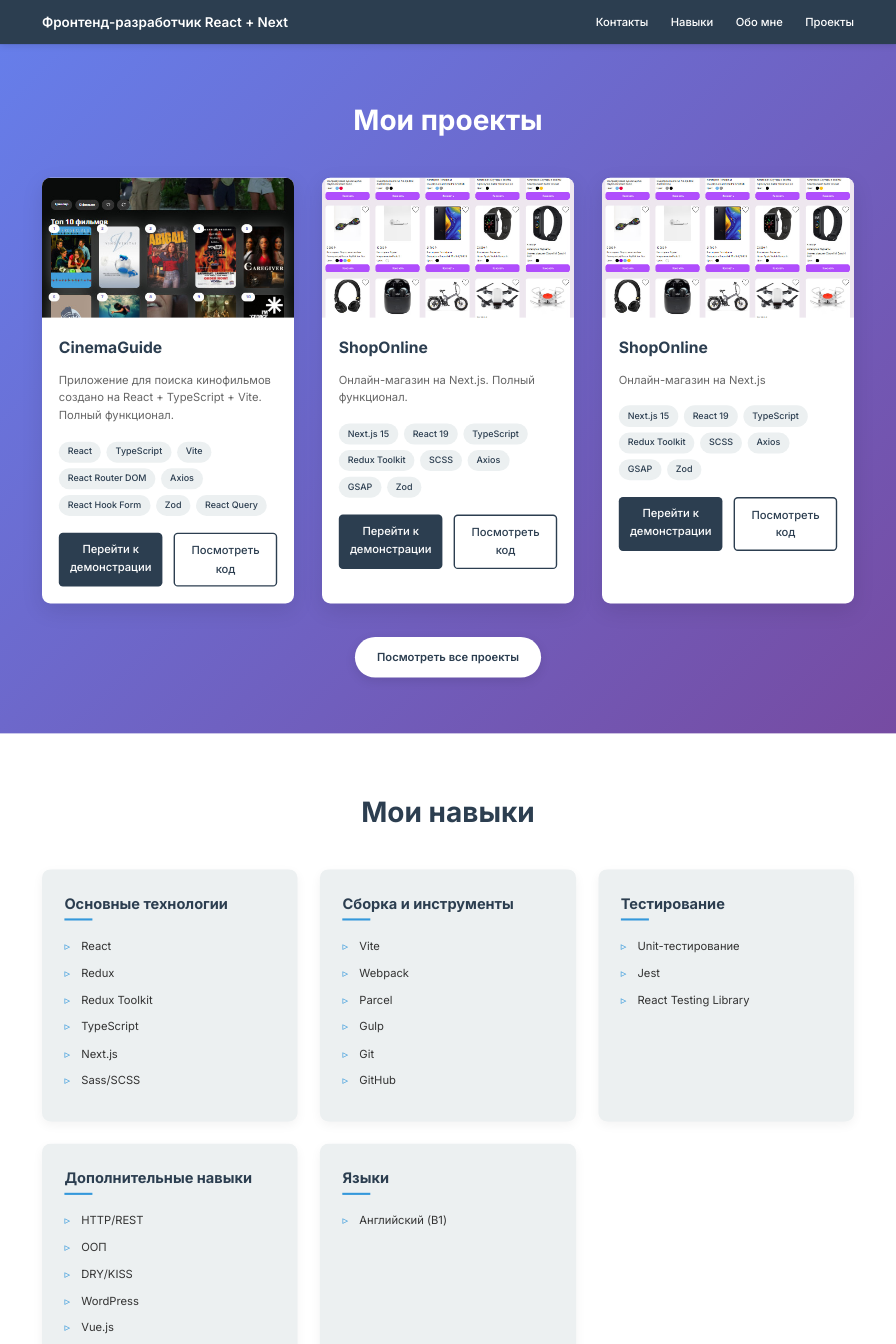
Repository: RostislavZeberg/resume-app
Page: /
The author's editor kept a copy of each file at every save. The page is drawn from the files as they stood at one save, then again after the next save.
The browser window is 1280 px wide. The pictures show the part of the page from y = 0 to 1920 px (the page is 3604 px tall), at 70% of full size.
The project was rebuilt for these pictures with package versions that can differ from the ones it lists, and the page was loaded fresh each time. The framework's server and built-in components were replaced by stand-ins that run in the browser. Also part of the build but not shown: next.config.ts.

Above is the page before, as saved 2025-09-18 13:47:40.

### pages/_app.tsx
import type { AppProps } from 'next/app';
import '../styles/globals.scss';
import Head from 'next/head';

function MyApp({ Component, pageProps }: AppProps) {
  return (
    <>
      <Head>
        <meta name="viewport" content="width=device-width, initial-scale=1" />
        <meta name="theme-color" content="#2c3e50" />
        <meta name="description" content="Резюме фронтенд-разработчика React с 5+ годами опыта. Специализация: React, TypeScript, Next.js, Redux Toolkit." />
        <meta name="keywords" content="React, TypeScript, Next.js, фронтенд-разработчик, резюме" />
        <meta property="og:title" content="Фронтенд-разработчик React" />
        <meta property="og:description" content="Резюме фронтенд-разработчика React с 5+ годами опыта" />
        <meta property="og:type" content="website" />
        <link rel="icon" href="/favicon.ico" />
      </Head>
      <Component {...pageProps} />
    </>
  );
}

export default MyApp;

### pages/_document.tsx
import { Html, Head, Main, NextScript } from 'next/document';

export default function Document() {
  return (
    <Html lang="ru">
      <Head>
        <link rel="preconnect" href="https://fonts.googleapis.com" />
        <link rel="preconnect" href="https://fonts.gstatic.com" crossOrigin="anonymous" />
        <link href="https://fonts.googleapis.com/css2?family=Inter:wght@300;400;500;600;700&display=swap" rel="stylesheet" />

        {/* Фавикон */}
        <link rel="icon" href="/favicon.ico" sizes="any" />
        <link rel="icon" href="/favicon.svg" type="image/svg+xml" />
        <link rel="apple-touch-icon" href="/apple-touch-icon.png" />
        <link rel="manifest" href="/manifest.webmanifest" />

        {/* Мета-теги */}
        <meta name="theme-color" content="#2c3e50" />
        <meta name="description" content="Резюме фронтенд-разработчика React с 5+ годами опыта. Специализация: React, TypeScript, Next.js, Redux Toolkit." />
        <meta name="keywords" content="React, TypeScript, Next.js, фронтенд-разработчик, резюме" />
      </Head>
      <body>
        <Main />
        <NextScript />
      </body>
    </Html>
  );
}

### pages/index.tsx
import Head from 'next/head';
import { NextPage } from 'next';
import Contacts from '../components/Sections/Contacts';
import Skills from '../components/Sections/Skills';
import About from '../components/Sections/About';
import Projects from '../components/Sections/Projects';
import Header from '../components/Layout/Header';

const Home: NextPage = () => {
  return (
    <>
      <Head>
        <title>Фронтенд-разработчик React | Резюме</title>
        <meta name="description" content="Резюме фронтенд-разработчика React с 5+ годами опыта. Специализация: React, TypeScript, Next.js, Redux Toolkit." />
        <meta name="keywords" content="React, TypeScript, Next.js, фронтенд-разработчик, резюме" />
        <meta property="og:title" content="Фронтенд-разработчик React" />
        <meta property="og:description" content="Резюме фронтенд-разработчика React с 5+ годами опыта" />
        <meta property="og:type" content="website" />
        <link rel="icon" href="/favicon.ico" />
      </Head>

      <Header />
      <main>
        <Projects />
        <Skills />
        <About />
        <Contacts />
      </main>
    </>
  );
};

export default Home;

### styles/globals.scss
// Переменные и миксины
@import './variables.scss';
@import './mixins';

// Глобальные стили
* {
  box-sizing: border-box;
  margin: 0;
  padding: 0;
}

html {
  scroll-behavior: smooth;
  scroll-padding-top: 60px;
}

body {
  font-family: 'Inter', 'Arial', sans-serif;
  line-height: 1.6;
  color: $text-color;
  background-color: $background-color;
  padding-top: 60px;
}

.container {
  max-width: 1200px;
  margin: 0 auto;
  padding: 0 20px;
}

section {
  padding: 80px 0;

  h2 {
    text-align: center;
    margin-bottom: 50px;
    font-size: 2.5rem;
    color: $primary-color;
  }
}

// Анимации
@keyframes fadeIn {
  from {
    opacity: 0;
    transform: translateY(20px);
  }
  to {
    opacity: 1;
    transform: translateY(0);
  }
}

.fade-in {
  animation: fadeIn 0.6s ease forwards;
}

// Адаптивность
@include desktop {
  .container {
    max-width: 1200px;
  }
}

@include tablet {
  .container {
    max-width: 100%;
    padding: 0 15px;
  }

  section {
    padding: 60px 0;

    h2 {
      font-size: 2rem;
      margin-bottom: 40px;
    }
  }
}

@include mobile {
  .container {
    padding: 0 10px;
  }

  section {
    padding: 40px 0;

    h2 {
      font-size: 1.8rem;
      margin-bottom: 30px;
    }
  }
}

### components/Sections/Contacts.tsx
import React from 'react';
import Icon from '../UI/Icon';
import styles from '../../styles/sections/contacts.module.scss';
import { contacts } from '@/info/contacts';

const Contacts: React.FC = () => {

  return (
    <section id="contacts" className={styles.contacts}>
      <div className="container">
        <h2>Контакты</h2>
        <div className={styles.contactsGrid}>
          {contacts.map((contact, index) => (
            <a
              key={index}
              href={contact.href}
              className={styles.contactItem}
              target="_blank"
              rel="noopener noreferrer"
            >
              <Icon name={contact.icon} className={styles.contactIcon} />
              <span>{contact.text}</span>
            </a>
          ))}
        </div>
      </div>
    </section>
  );
};

export default Contacts;

### components/Sections/Skills.tsx
import React from 'react';
import styles from '../../styles/sections/skills.module.scss';

const Skills: React.FC = () => {
  const skillCategories = [
    {
      title: 'Основные технологии',
      skills: ['React', 'Redux', 'Redux Toolkit', 'TypeScript', 'Next.js', 'Sass/SCSS']
    },
    {
      title: 'Сборка и инструменты',
      skills: ['Vite', 'Webpack', 'Parcel', 'Gulp', 'Git', 'GitHub']
    },
    {
      title: 'Тестирование',
      skills: ['Unit-тестирование', 'Jest', 'React Testing Library']
    },
    {
      title: 'Дополнительные навыки',
      skills: ['HTTP/REST', 'ООП', 'DRY/KISS', 'WordPress', 'Vue.js', 'SQL', 'Python', 'Docker', 'Linux']
    },
    {
      title: 'Языки',
      skills: ['Английский (B1)']
    }
  ];

  return (
    <section id="skills" className={styles.skills}>
      <div className="container">
        <h2>Мои навыки</h2>
        <div className={styles.skillsGrid}>
          {skillCategories.map((category, index) => (
            <div key={index} className={styles.skillCategory}>
              <h3>{category.title}</h3>
              <ul>
                {category.skills.map((skill, i) => (
                  <li key={i}>{skill}</li>
                ))}
              </ul>
            </div>
          ))}
        </div>
      </div>
    </section>
  );
};

export default Skills;

### components/Sections/About.tsx
import React from 'react';
import styles from '../../styles/sections/about.module.scss';

const About: React.FC = () => {
  return (
    <section id="about" className={styles.about}>
      <div className="container">
        <h2>Обо мне</h2>
        <div className={styles.aboutContent}>
          <p>
            Усидчив и внимателен к деталям, сосредоточен на выполнении задач, не отвлекаясь на внешние раздражители.
            Мой скрупулезный подход к архитектуре кода, его чистоте и читабельности сводит к минимуму возникновение ошибок
            при дальнейшей эксплуатации проектов.
          </p>
          <p>
            Коммуникабелен и открыт для общения с коллегами, что позволяет эффективно обсуждать проекты и находить оптимальные решения.
            Дисциплинированность помогает мне выстраивать свою работу по четкому плану, всегда выполнять задачи качественно и в срок,
            а также быть требовательным к себе.
          </p>
          <p>
            Инициативность является важной частью моей работы: я не боюсь доводить до руководства свои идеи и предложения по решению проблем.
            Обучаем и стремлюсь к постоянному развитию, ведь IT-отрасль динамично меняется, и изучение новых направлений и тенденций
            в программировании – это важная часть моего профессионального роста.
          </p>
          <p>
            Есть желание работать и развиваться в сфере разработки приложений, которая является частью моего восприятия мира.
            Я наслаждаюсь процессом создания кода и когда вижу результаты своей деятельности.
          </p>
          <p>
            К своим сильным сторонам отношу навыки работы в команде, стремление находить максимально эффективные и эстетичные решения,
            а также способность самостоятельно искать ресурсы для решения проблем и повышения профессионального уровня.
          </p>
          <p>
            Рассматриваю проектную деятельность и удаленную работу.
          </p>
        </div>
      </div>
    </section>
  );
};

export default About;

### components/Sections/Projects.tsx
import React from 'react';
import ProjectCard from '../UI/ProjectCard';
import styles from '../../styles/sections/projects.module.scss';
import { projects } from '@/info/projects';

const Projects: React.FC = () => {
  return (
    <section id="projects" className={styles.projects}>
      <div className="container">
        <h2>Мои проекты</h2>
        <div className={styles.projectsGrid}>
          {projects.map((project, index) => (
            <ProjectCard key={index} project={project} />
          ))}
        </div>
        <div className={styles.viewAll}>
          <a
            href="https://github.com/RostislavZeberg?tab=repositories"
            className={styles.viewAllButton}
            target="_blank"
            rel="noopener noreferrer"
          >
            Посмотреть все проекты
          </a>
        </div>
      </div>
    </section>
  );
};

export default Projects;

### components/Layout/Header.tsx
import React, { useState } from 'react';
import Link from 'next/link';
import styles from '../../styles/layout/header.module.scss';

const Header: React.FC = () => {
  const [isMenuOpen, setIsMenuOpen] = useState(false);

  const toggleMenu = () => {
    setIsMenuOpen(!isMenuOpen);
  };

  return (
    <header className={styles.header}>
      <div className="container">
        <nav className={styles.nav}>
          <div className={styles.logo}>
            <Link href="/">Фронтенд-разработчик React + Next</Link>
          </div>

          <button
            className={`${styles.menuToggle} ${isMenuOpen ? styles.active : ''}`}
            onClick={toggleMenu}
            aria-label="Меню"
          >
            <span></span>
            <span></span>
            <span></span>
          </button>

          <ul className={`${styles.navList} ${isMenuOpen ? styles.active : ''}`}>
            <li><a href="#contacts" onClick={() => setIsMenuOpen(false)}>Контакты</a></li>
            <li><a href="#skills" onClick={() => setIsMenuOpen(false)}>Навыки</a></li>
            <li><a href="#about" onClick={() => setIsMenuOpen(false)}>Обо мне</a></li>
            <li><a href="#projects" onClick={() => setIsMenuOpen(false)}>Проекты</a></li>
          </ul>
        </nav>
      </div>
    </header>
  );
};

export default Header;

### styles/variables.scss
// Цвета
$primary-color: #2c3e50;
$secondary-color: #3498db;
$accent-color: #e74c3c;
$background-color: #f9f9f9;
$text-color: #333;
$light-gray: #ecf0f1;

// Breakpoints
$desktop: 1280px;
$tablet: 1024px;
$small-tablet: 768px;
$mobile: 320px;

### styles/mixins.scss
@mixin desktop {
  @media (min-width: #{$desktop}) {
    @content;
  }
}

@mixin tablet {
  @media (min-width: #{$small-tablet}) and (max-width: #{$tablet}) {
    @content;
  }
}

@mixin small-tablet {
  @media (min-width: #{$mobile}) and (max-width: #{$small-tablet - 1px}) {
    @content;
  }
}

@mixin mobile {
  @media (max-width: #{$mobile}) {
    @content;
  }
}

@mixin flex-center {
  display: flex;
  justify-content: center;
  align-items: center;
}

@mixin card-shadow {
  box-shadow: 0 4px 6px rgba(0, 0, 0, 0.1);
  transition: box-shadow 0.3s ease;

  &:hover {
    box-shadow: 0 10px 20px rgba(0, 0, 0, 0.15);
  }
}

### components/UI/Icon.tsx
import React from 'react';
import Image from 'next/image';

interface IconProps {
  name: string;
  className?: string;
  width?: number;
  height?: number;
}

const Icon: React.FC<IconProps> = ({ name, className = '', width = 24, height = 24 }) => {
  return (
    <Image
      src={`/icons/${name}.svg`}
      alt={`${name} icon`}
      width={width}
      height={height}
      className={className}
    />
  );
};

export default Icon;

### styles/sections/contacts.module.scss
@import '../variables';
@import '../mixins';

.contacts {
  background: linear-gradient(135deg, #f5f7fa 0%, #c3cfe2 100%);
  padding: 100px 0;
}

.contactsGrid {
  display: grid;
  grid-template-columns: repeat(auto-fit, minmax(250px, 1fr));
  gap: 2rem;
  margin-top: 3rem;
}

.contactItem {
  display: flex;
  flex-direction: column;
  align-items: center;
  justify-content: center;
  background: white;
  padding: 2rem;
  border-radius: 12px;
  box-shadow: 0 10px 30px rgba(0, 0, 0, 0.1);
  transition: all 0.3s ease;
  text-decoration: none;
  color: $text-color;

  &:hover {
    transform: translateY(-5px);
    box-shadow: 0 15px 40px rgba(0, 0, 0, 0.15);

    .contactIcon {
      transform: scale(1.1);
    }
  }
}

.contactIcon {
  width: 60px;
  height: 60px;
  margin-bottom: 1rem;
  transition: transform 0.3s ease;
}

// Адаптивность
@include tablet {
  .contactsGrid {
    grid-template-columns: repeat(2, 1fr);
    gap: 1.5rem;
  }
}

@include small-tablet {
  .contactsGrid {
    grid-template-columns: 1fr;
    gap: 1rem;
  }

  .contactItem {
    padding: 1.5rem;
  }
}

@include mobile {
  .contacts {
    padding: 80px 0;
  }

  .contactIcon {
    width: 50px;
    height: 50px;
  }
}

### info/contacts.ts
export const contacts = [
  { icon: 'email', text: 'zeberg@bk.ru', href: 'mailto:zeberg@bk.ru' },
  { icon: 'phone', text: '+7(960)-552-4171', href: 'tel:+79605524171' },
  { icon: 'telegram', text: '@zeberg_jaguar', href: 'https://t.me/zeberg_jaguar' },
  { icon: 'github', text: 'GitHub', href: 'https://github.com/RostislavZeberg?tab=repositories' }
];

### styles/sections/skills.module.scss
@import '../variables';
@import '../mixins';

.skills {
  background-color: white;
}

.skillsGrid {
  display: grid;
  grid-template-columns: repeat(auto-fit, minmax(300px, 1fr));
  gap: 2rem;
}

.skillCategory {
  background: $light-gray;
  padding: 2rem;
  border-radius: 12px;
  box-shadow: 0 5px 15px rgba(0, 0, 0, 0.05);

  h3 {
    color: $primary-color;
    margin-bottom: 1.5rem;
    font-size: 1.3rem;
    position: relative;
    padding-bottom: 0.5rem;

    &::after {
      content: '';
      position: absolute;
      bottom: 0;
      left: 0;
      width: 40px;
      height: 3px;
      background: $secondary-color;
    }
  }

  ul {
    list-style: none;
  }

  li {
    margin-bottom: 0.8rem;
    padding-left: 1.5rem;
    position: relative;

    &::before {
      content: '▹';
      position: absolute;
      left: 0;
      color: $secondary-color;
    }
  }
}

// Адаптивность
@include tablet {
  .skillsGrid {
    grid-template-columns: repeat(2, 1fr);
    gap: 1.5rem;
  }
}

@include small-tablet {
  .skillsGrid {
    grid-template-columns: 1fr;
    gap: 1rem;
  }

  .skillCategory {
    padding: 1.5rem;
  }
}

@include mobile {
  .skillCategory {
    padding: 1.2rem;

    h3 {
      font-size: 1.2rem;
    }
  }
}

### styles/sections/about.module.scss
@import '../variables';
@import '../mixins';

.about {
  background-color: $light-gray;
}

.aboutContent {
  max-width: 800px;
  margin: 0 auto;

  p {
    margin-bottom: 1.5rem;
    line-height: 1.8;
    text-align: justify;
  }
}

// Адаптивность
@include tablet {
  .aboutContent {
    padding: 0 1rem;
  }
}

@include mobile {
  .aboutContent p {
    text-align: left;
  }
}

### components/UI/ProjectCard.tsx
import React from 'react';
import Image from 'next/image';
import styles from '../../styles/ui/project-card.module.scss';

interface Project {
  name: string;
  description: string;
  demoLink: string;
  codeLink: string;
  technologies: string[];
}

interface ProjectCardProps {
  project: Project;
}

const ProjectCard: React.FC<ProjectCardProps> = ({ project }) => {
  return (
    <div className={styles.projectCard}>
      <div className={styles.projectImage}>
        <a href={project.demoLink} target="_blank" rel="noopener noreferrer">
          <Image
            src={`/images/projects/${project.name.toLowerCase()}.jpg`}
            alt={project.name}
            fill
            style={{ objectFit: 'cover' }}
            sizes="(max-width: 768px) 100vw, (max-width: 1200px) 50vw, 33vw"
          />
        </a>
      </div>
      <div className={styles.projectContent}>
        <h3>{project.name}</h3>
        <p>{project.description}</p>
        <div className={styles.technologies}>
          {project.technologies.map((tech, index) => (
            <span key={index} className={styles.techTag}>{tech}</span>
          ))}
        </div>
        <div className={styles.projectActions}>
          <a
            href={project.demoLink}
            className={styles.demoButton}
            target="_blank"
            rel="noopener noreferrer"
          >
            Перейти к демонстрации
          </a>
          <a
            href={project.codeLink}
            className={styles.codeButton}
            target="_blank"
            rel="noopener noreferrer"
          >
            Посмотреть код
          </a>
        </div>
      </div>
    </div>
  );
};

export default ProjectCard;

### styles/sections/projects.module.scss
@import '../variables';
@import '../mixins';

.projects {
  background: linear-gradient(135deg, #667eea 0%, #764ba2 100%);
  color: white;

  h2 {
    color: white;
  }
}

.projectsGrid {
  display: grid;
  grid-template-columns: repeat(auto-fit, minmax(350px, 1fr));
  gap: 2.5rem;
  margin-bottom: 3rem;
}

.viewAll {
  text-align: center;
  margin-top: 3rem;
}

.viewAllButton {
  display: inline-block;
  padding: 1rem 2rem;
  background: white;
  color: $primary-color;
  text-decoration: none;
  border-radius: 30px;
  font-weight: 600;
  transition: all 0.3s ease;
  box-shadow: 0 5px 15px rgba(0, 0, 0, 0.1);

  &:hover {
    transform: translateY(-3px);
    box-shadow: 0 10px 25px rgba(0, 0, 0, 0.2);
    background: $accent-color;
    color: white;
  }
}

// Адаптивность
@include tablet {
  .projectsGrid {
    grid-template-columns: repeat(2, 1fr);
    gap: 2rem;
  }
}

@include small-tablet {
  .projectsGrid {
    grid-template-columns: 1fr;
    gap: 1.5rem;
  }
}

@include mobile {
  .projectsGrid {
    grid-template-columns: 1fr;
    gap: 1.5rem;
  }

  .viewAllButton {
    padding: 0.8rem 1.5rem;
    font-size: 0.9rem;
  }
}

### info/projects.ts
export const projects = [
  {
    name: 'CinemaGuide',
    description: 'Приложение для поиска кинофильмов создано на React + TypeScript + Vite. Полный функционал.',
    demoLink: 'https://rostislavzeberg.github.io/CinemaGuide',
    codeLink: 'https://github.com/RostislavZeberg/CinemaGuide/tree/dev',
    technologies: ['React', 'TypeScript', 'Vite', 'React Router DOM', 'Axios', 'React Hook Form', 'Zod', 'React Query']
  },
  {
    name: 'ShopOnline',
    description: 'Онлайн-магазин на Next.js. Полный функционал.',
    demoLink: 'https://shop-online-omega.vercel.app/',
    codeLink: 'https://github.com/RostislavZeberg/ShopOnline',
    technologies: ['Next.js 15', 'React 19', 'TypeScript', 'Redux Toolkit', 'SCSS', 'Axios', 'GSAP', 'Zod']
  },
  {
    name: 'ShopOnline',
    description: 'Онлайн-магазин на Next.js',
    demoLink: 'https://shop-online-omega.vercel.app/',
    codeLink: 'https://github.com/RostislavZeberg/ShopOnline',
    technologies: ['Next.js 15', 'React 19', 'TypeScript', 'Redux Toolkit', 'SCSS', 'Axios', 'GSAP', 'Zod']
  },
];

### styles/layout/header.module.scss
@import '../variables';
@import '../mixins';

.header {
  background-color: $primary-color;
  color: white;
  position: fixed;
  top: 0;
  left: 0;
  right: 0;
  z-index: 1000;
  box-shadow: 0 2px 10px rgba(0, 0, 0, 0.1);
}

.nav {
  display: flex;
  justify-content: space-between;
  align-items: center;
  padding: 1rem 0;
}

.logo {
  a {
    color: white;
    text-decoration: none;
    font-weight: 600;
    font-size: 1.2rem;

    &:hover {
      color: $accent-color;
    }
  }
}

.navList {
  display: flex;
  list-style: none;
  gap: 2rem;

  a {
    color: white;
    text-decoration: none;
    font-weight: 500;
    transition: color 0.3s ease;

    &:hover {
      color: $accent-color;
    }
  }
}

.menuToggle {
  display: none;
  flex-direction: column;
  justify-content: space-around;
  width: 2rem;
  height: 2rem;
  background: transparent;
  border: none;
  cursor: pointer;
  padding: 0;

  span {
    width: 2rem;
    height: 0.25rem;
    background: white;
    border-radius: 10px;
    transition: all 0.3s linear;
    position: relative;
    transform-origin: 1px;
  }
}

// Адаптивность
@include tablet {
  .navList {
    gap: 1.5rem;
  }
}

@include small-tablet {
  .menuToggle {
    display: flex;
    z-index: 1001;
  }

  .navList {
    position: fixed;
    top: 0;
    right: 0;
    height: 100vh;
    width: 70%;
    background: $primary-color;
    flex-direction: column;
    justify-content: center;
    align-items: center;
    transform: translateX(100%);
    transition: transform 0.3s ease-in-out;

    &.active {
      transform: translateX(0);
    }
  }

  .menuToggle.active {
    span:nth-child(1) {
      transform: rotate(45deg);
    }

    span:nth-child(2) {
      opacity: 0;
    }

    span:nth-child(3) {
      transform: rotate(-45deg);
    }
  }
}

@include mobile {
  .logo a {
    font-size: 1rem;
  }
}

Loaded but not shown: styles/ui/project-card.module.scss (137 lines, source omitted)

After the next save:
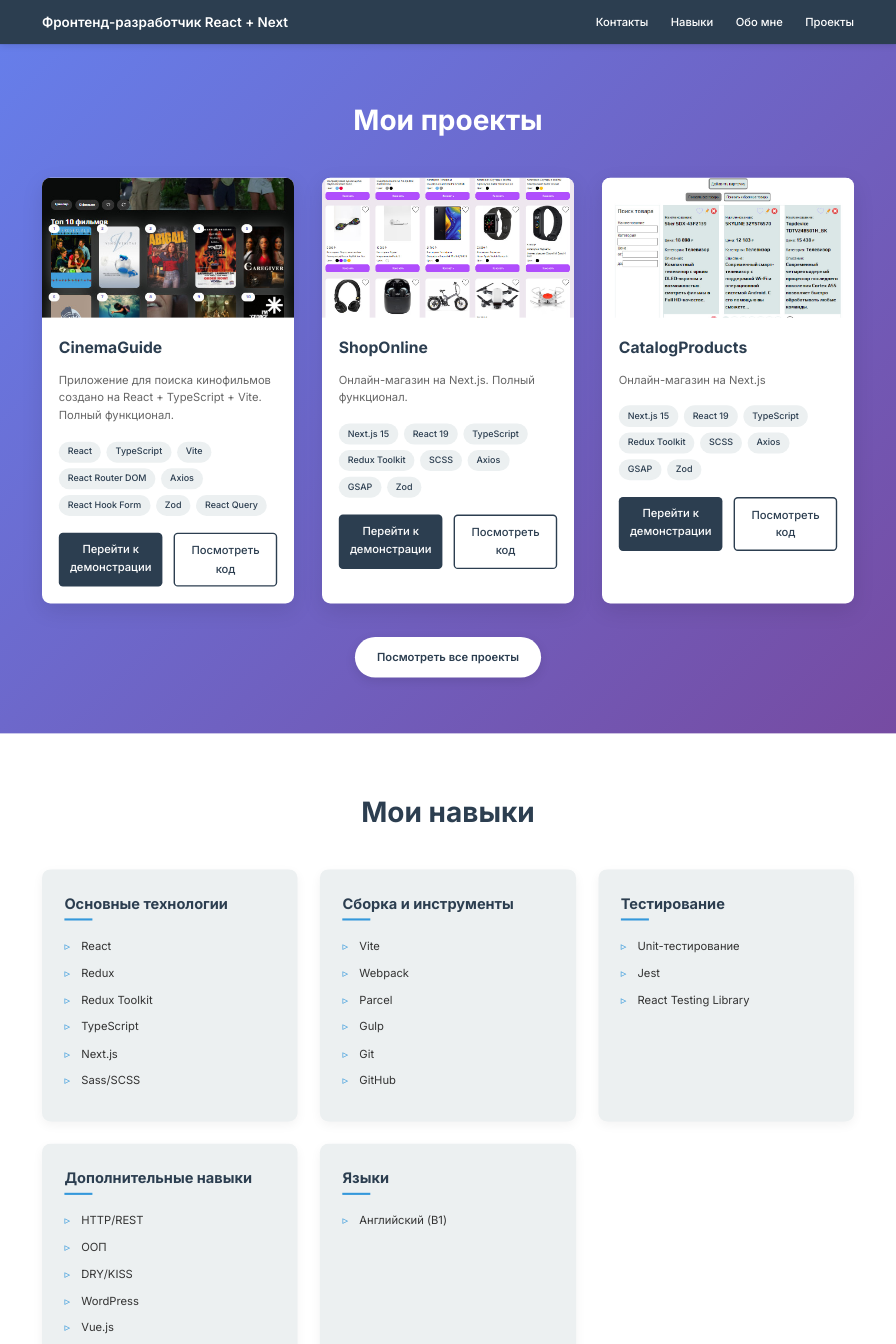
Saved 13 s later.
--- a/info/projects.ts
+++ b/info/projects.ts
@@ -14,7 +14,7 @@ export const projects = [
     technologies: ['Next.js 15', 'React 19', 'TypeScript', 'Redux Toolkit', 'SCSS', 'Axios', 'GSAP', 'Zod']
   },
   {
-    name: 'ShopOnline',
+    name: 'CatalogProducts',
     description: 'Онлайн-магазин на Next.js',
     demoLink: 'https://shop-online-omega.vercel.app/',
     codeLink: 'https://github.com/RostislavZeberg/ShopOnline',
